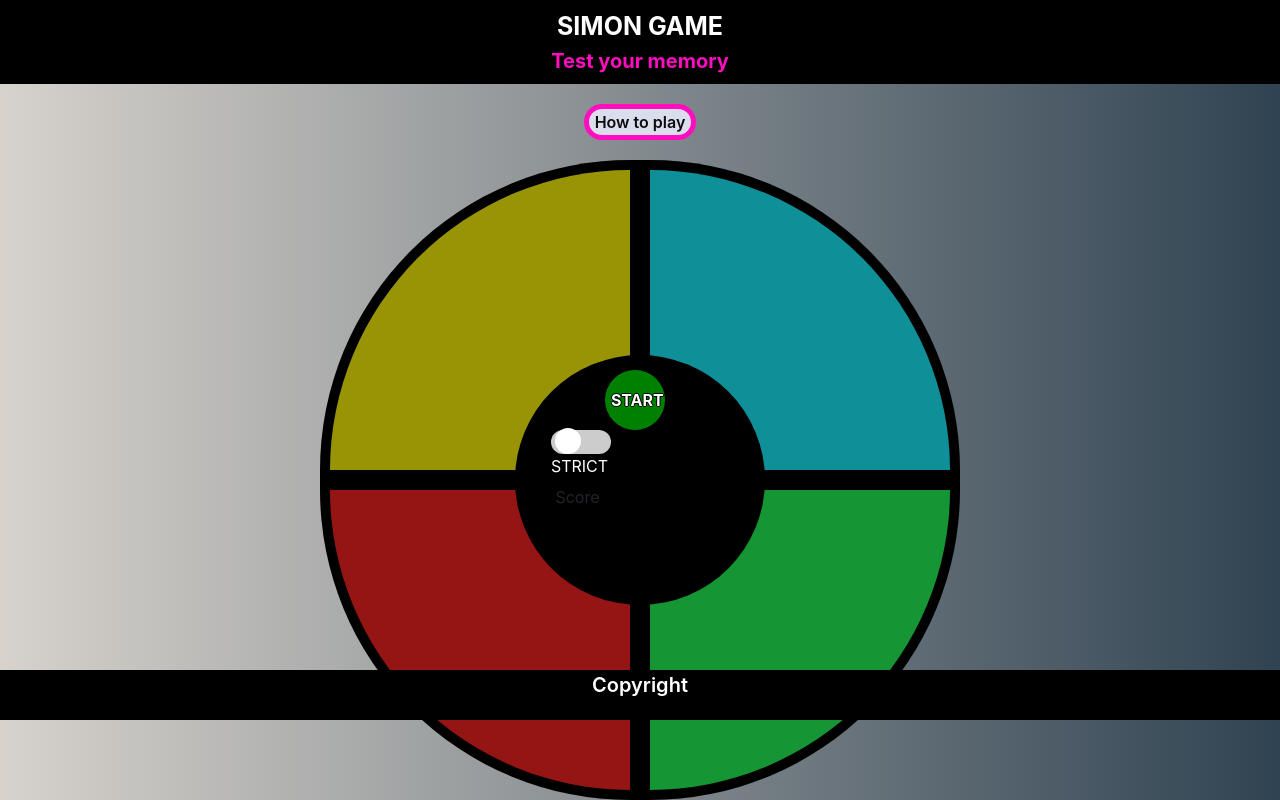
Repository: murphya14/Simon-game
Page: index.html
The author's editor kept a record of every edit. The page is drawn from the files as they stood at one moment, then again after the next edit.
The browser window is 1280 px wide. The pictures show the whole page.

Above is the page before.

After the next edit:
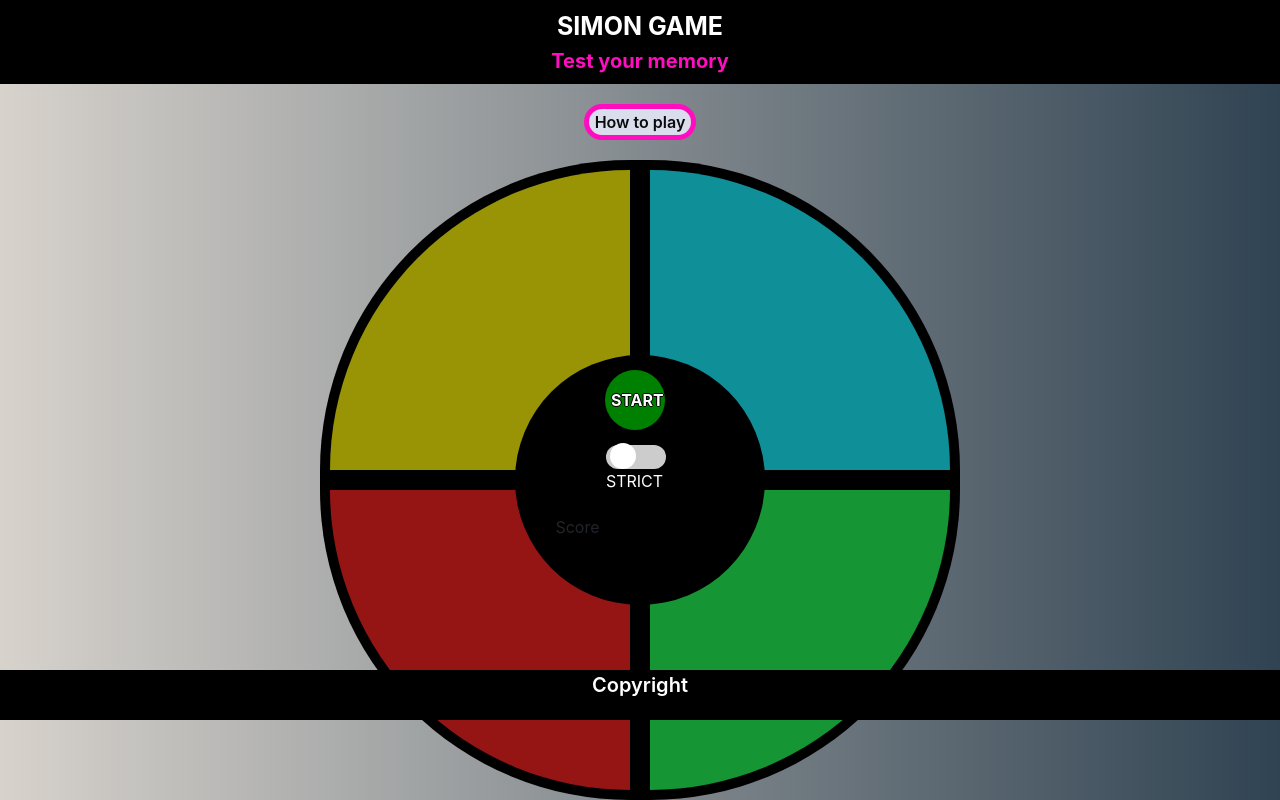
The edit:
--- a/assets/css/style.css
+++ b/assets/css/style.css
@@ -285,6 +285,15 @@
 }
 
 .strict{color:white}
+
+#strictButton {margin:15px;
+margin-left: 55px;
+
+}
+
+
+
+
 /*Footers*/
 
 .footer {
